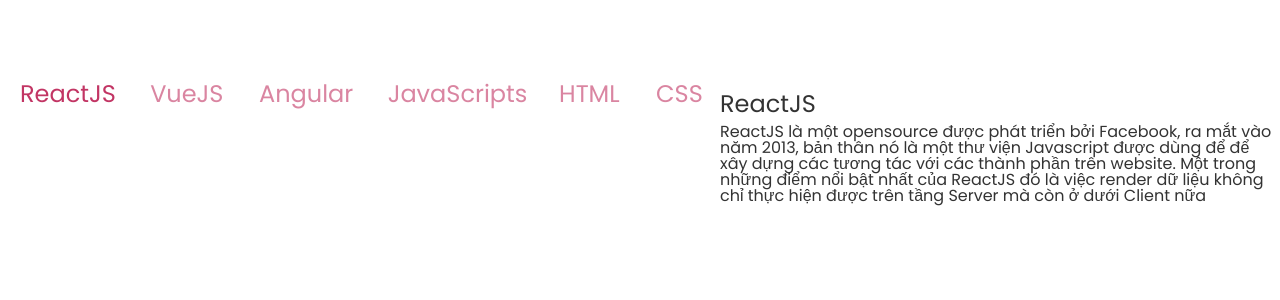
Repository: HoangLong0210/TabsUI
Page: index.html
The author's editor kept a copy of each file at every save. The page is drawn from the files as they stood at one save, then again after the next save.
The browser window is 1280 px wide. The pictures show the whole page.

Above is the page before, as saved 2022-05-16 11:34:20.

### index.html
<!DOCTYPE html>
<html lang="en">
<head>
    <meta charset="UTF-8">
    <meta http-equiv="X-UA-Compatible" content="IE=edge">
    <meta name="viewport" content="width=device-width, initial-scale=1.0">
    <title>Tabs UI</title>
    <link rel="stylesheet" href="./reset.css" />
    <link rel="stylesheet" href="./style.css" />
    <link rel="preconnect" href="https://fonts.googleapis.com" />
    <link rel="preconnect" href="https://fonts.gstatic.com" crossorigin />
    <link
      href="https://fonts.googleapis.com/css2?family=Poppins:ital,wght@0,300;0,400;1,700&display=swap"
      rel="stylesheet"
    />
</head>
<body>
    <!-- tabs item -->
    <div class="tabs">
        <div class="tab__item active">
            <i class="fab fa-react">ReactJS</i>
        </div>
        <div class="tab__item">
            <i class="fab fa-vuejs">VueJS</i>
        </div>
        <div class="tab__item">
            <i class="fab fa-angular">Angular</i>
        </div>
        <div class="tab__item">
            <i class="fab fa-js">JavaScripts</i>
        </div>
        <div class="tab__item">
            <i class="fab fa-html5">HTML</i>
        </div>
        <div class="tab__item">
            <i class="fab fa-css3">CSS</i>
        </div>
        <div class="line"></div>
    </div>


    <!-- tabs content -->
    <div class="content">
        <div class="content__description active">
            <h2>ReactJS</h2>
            <p>ReactJS là một opensource được phát triển bởi Facebook, ra mắt vào năm 2013, bản thân nó là một thư viện Javascript được dùng để để xây dựng các tương tác với các thành phần trên website. Một trong những điểm nổi bật nhất của ReactJS đó là việc render dữ liệu không chỉ thực hiện được trên tầng Server mà còn ở dưới Client nữa</p>
        </div>
        <div class="content__description">
            <h2>VueJS</h2>
            <p>VueJS là một framework linh động dùng để xây dựng giao diện người dùng. Khác với các framework nguyên khối, Vue được thiết kế từ đầu theo hướng cho phép và khuyến khích việc phát triển ứng dụng theo các bước</p>
        </div>
        <div class="content__description">
            <h2>Angular</h2>
            <p>Angular là một JavaScript framework dùng để viết giao diện web (Front-end), được phát triển bởi Google</p>
        </div>
        <div class="content__description">
            <h2>JavaScripts</h2>
            <p>JavaScripts là một ngôn ngữ lập trình thông dịch được phát triển từ các ý niệm nguyên mẫu</p>
        </div>
        <div class="content__description">
            <h2>HTML</h2>
            <p>HTML là một ngôn ngữ đánh dấu được thiết kế ra để tạo nên các trang web trên World Wide Web. Nó có thể được trợ giúp bởi các công nghệ như CSS và các ngôn ngữ kịch bản giống như JavaScript</p>
        </div>
        <div class="content__description">
            <h2>CSS</h2>
            <p>CSS là chữ viết tắt của Cascading Style Sheets, nó là một ngôn ngữ được sử dụng để tìm và định dạng lại các phần tử được tạo ra bởi các ngôn ngữ đánh dấu (HTML)</p>
        </div>
    </div>
</body>
</html>

### style.css
* {
  padding: 0;
  margin: 0;
  box-sizing: border-box;
}

html {
  font-size: 62.5%;
}

body {
  display: flex;
  font-family: "Poppins", sans-serif;
  font-size: 1.6rem;
}

body > div {
  margin: 5% auto 0;
  max-width: 720px;
}

.tabs {
  display: flex;
  position: relative;
}

.tabs .line {
  position: absolute;
  left: 0;
  bottom: 0;
  width: 0;
  height: 6px;
  border-radius: 15px;
  background-color: #c23564;
  transition: all 0.2s ease;
}

.tab__item {
  min-width: 80px;
  padding: 16px 20px 11px 20px;
  font-size: 20px;
  text-align: center;
  color: #c23564;
  background-color: #fff;
  border-top-left-radius: 5px;
  border-top-right-radius: 5px;
  border-bottom: 5px solid transparent;
  opacity: 0.6;
  cursor: pointer;
  transition: all 0.5s ease;
}

.fab {
  font-size: 24px;
  width: 32px;
  position: relative;
  top: 2px;
}

.tab__item:hover {
  opacity: 1;
  background-color: rgba(194, 53, 100, 0.05);
  border-color: rgba(194, 53, 100, 0.1);
}

.tab__item.active {
  opacity: 1;
}

.content {
  padding: 28px 0;
}

.content__description {
  color: #333;
  display: none;
}

.content__description.active {
  display: block;
}

.content__description h2 {
  font-size: 24px;
  margin-bottom: 8px;
}

Loaded but not shown: reset.css (common file)

After the next save:
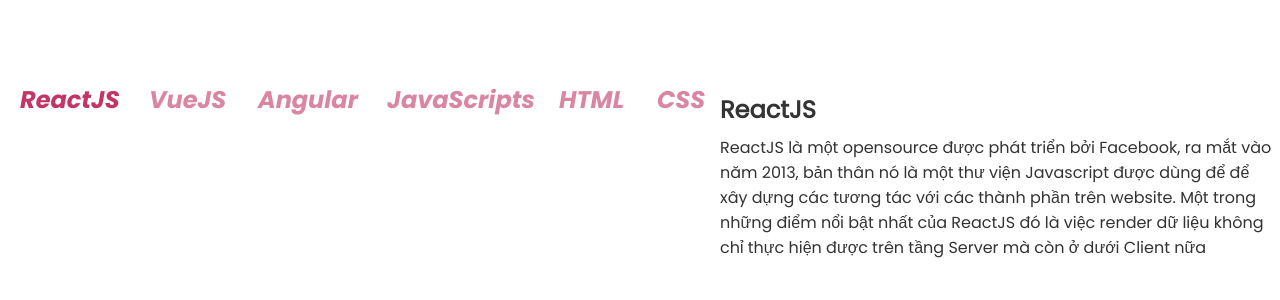
Saved 2 min 7 s later.
--- a/index.html
+++ b/index.html
@@ -5,7 +5,7 @@
     <meta http-equiv="X-UA-Compatible" content="IE=edge">
     <meta name="viewport" content="width=device-width, initial-scale=1.0">
     <title>Tabs UI</title>
-    <link rel="stylesheet" href="./reset.css" />
+    <!-- <link rel="stylesheet" href="./reset.css" /> -->
     <link rel="stylesheet" href="./style.css" />
     <link rel="preconnect" href="https://fonts.googleapis.com" />
     <link rel="preconnect" href="https://fonts.gstatic.com" crossorigin />
